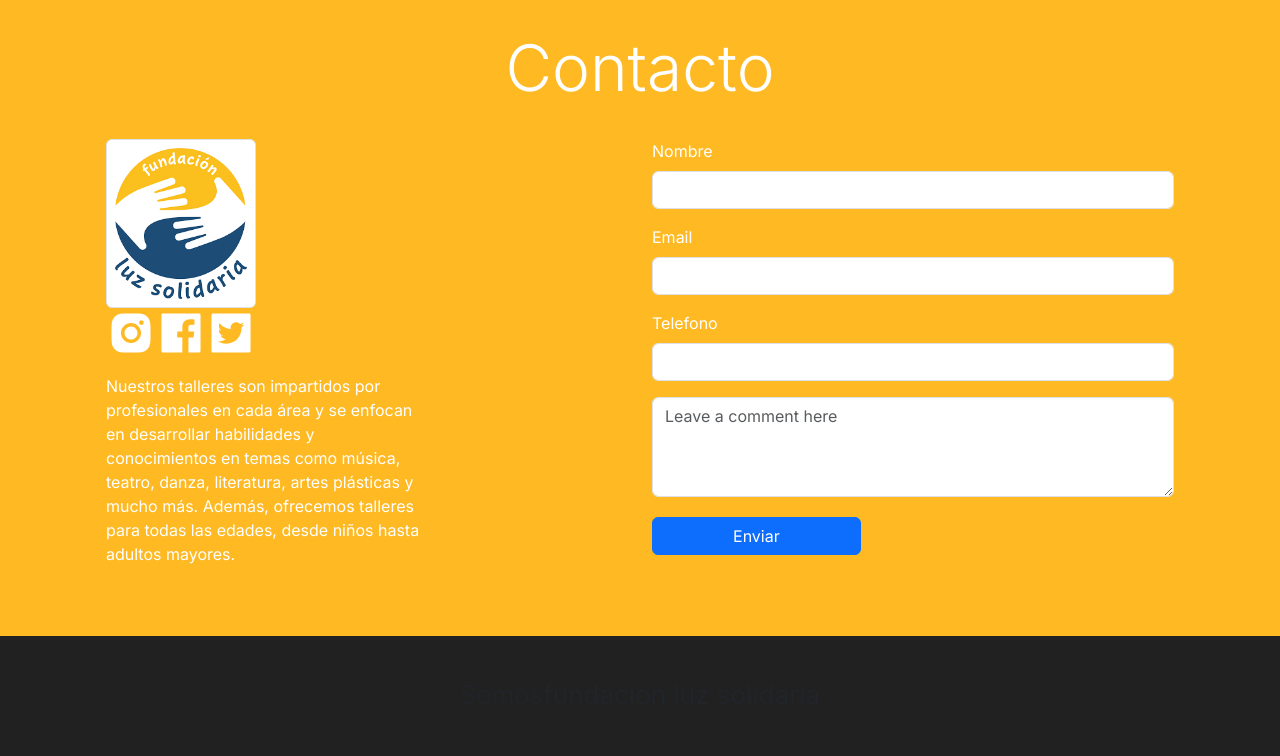
Repository: JtoralesK/dwf11
Page: /
An editor plug-in stored every save of this project. The page is shown before and after the next save, followed by the edit.
The browser window is 1280 px wide. The pictures show the whole page.
The project was rebuilt for these pictures with package versions that can differ from the ones it lists, and the page was loaded fresh each time. The framework's server and built-in components were replaced by stand-ins that run in the browser. Also part of the build but not shown: next.config.js.

Above is the page before, as saved 2023-05-31 18:28:35.

### src/app/page.tsx
import Image from "next/image";
import styles from "./page.module.css";
import { Contacto } from "./components/contacto";
import { Footer } from "./components/footer";
export default function Home() {
  return (
    <>
      <Contacto />
      <Footer/>
    </>
  );
}

### src/app/components/contacto/index.tsx
import "bootstrap/dist/css/bootstrap.min.css";
import { SectionInputs } from "./sectionInput";
import { FaBeer } from "react-icons/fa";
import {
  AiFillInstagram,
  AiFillFacebook,
  AiFillTwitterSquare,
} from "react-icons/ai";

export function Contacto() {
  return (
    <>
      <div
        style={{
          backgroundColor: "#ffb923",
          color: "white",
          padding: "30px",
        }}
      >
        <div className="container-sm text-center ">
          <h1 className="font-weight-bold display-3">Contacto</h1>
          <div className="row p-lg-4">
            <div className="col-sm-16 col-md-6 text-center ">
              <div className=" d-md-flex flex-column d-none">
                <img
                  src="data:[embedded picture, 9291 characters]
            BU5I/166HRl7DM0JHd93otkupwE9wh+8Q4HuTkd/vz/99LosEf7UOF1LGvesnj8LX1fZVn3s7jZfh5drVp8XZWG/h8zs0VCdp8KmQAAAABJRU5ErkJggg=="
                  className="img-thumbnail rounded float-start p-2"
                  style={{ width: "150px" }}
                  alt="..."
                ></img>
                <div
                  className="d-flex flex-row mb-3 justify-content-around "
                  style={{ width: "150px" }}
                >
                  <AiFillInstagram size={"50px"} />
                  <AiFillFacebook size={"50px"} />
                  <AiFillTwitterSquare size={"50px"} />
                </div>
                <div style={{ width: "60%" }}>
                  <p className="text-start">
                    Nuestros talleres son impartidos por profesionales en cada
                    área y se enfocan en desarrollar habilidades y conocimientos
                    en temas como música, teatro, danza, literatura, artes
                    plásticas y mucho más. Además, ofrecemos talleres para todas
                    las edades, desde niños hasta adultos mayores.
                  </p>
                </div>
              </div>
            </div>
            <div className="col-sm-16 col-md-6 text-center ">
              <SectionInputs />
            </div>
          </div>
        </div>
      </div>
    </>
  );
}

### src/app/components/footer/index.tsx
import React from 'react'
import "./style.css";
export const Footer = () => {
  return (
    <footer className="footer">
    <div className="contenedor-footer container">
        <div className="redes-sociales">
            <a href="https://www.facebook.com" className="link-redes_sociales" ><i className="fab fa-facebook facebook"></i></a>
            <a href="https://www.instagram.com" className="link-redes_sociales" ><i className="fab fa-instagram instagran"></i></a>
            <a href="https://www.linkedin.com" className="link-redes_sociales" ><i className="fab fa-linkedin linkedin"></i></a>
            <a href="https:/www.github.com" className="link-redes_sociales" ><i className="fab fa-github-square github"></i></a>
        </div>
        <div className="footer-text">
            <p className="title-copy">Somos<strong>fundación luz solidaria</strong></p>
        </div>
    </div>
  </footer>
  )
}

### src/app/components/contacto/sectionInput.tsx
import "bootstrap/dist/css/bootstrap.min.css";

export function SectionInputs() {
  const style = {
    margin: "20px 0",
    width: "40%",
    "@media (min-width: 768px)": {
      width: "40%",
    },
  } as React.CSSProperties;
  return (
    <>
      <form className="d-flex flex-column text-start" style={{ width: "100%" }}>
        <div className="mb-3">
          <label className="form-label">
            <p style={{ margin: "0" }}>Nombre</p>
          </label>
          <input
            type="text"
            className="form-control"
            id="exampleInputEmail1"
            aria-describedby="emailHelp"
          />
        </div>
        <div className="mb-3">
          <label className="form-label">
            <p style={{ margin: "0" }}>Email</p>
          </label>
          <input
            type="email"
            className="form-control"
            id="exampleInputPassword1"
          />
        </div>
        <div className="mb-3">
          <label className="form-label">
            <p style={{ margin: "0" }}>Telefono</p>
          </label>
          <input
            type="email"
            className="form-control"
            id="exampleInputPassword1"
          />
        </div>
        <textarea
          className="form-control"
          style={{ height: "100px" }}
          placeholder="Leave a comment here"
          id="floatingTextarea"
        ></textarea>
        <button
          style={style}
          type="submit"
          className="btn btn-primary w-md-auto"
        >
          Enviar
        </button>
      </form>
    </>
  );
}

### src/app/components/footer/style.css
.footer{
    min-height: 120px;
    line-height: 7px;
    text-align: center;
    font-size: 22px;

    padding-top: 45px;
    background-color: #212121;

}

.contenedor-footer {
    display: flex;
    flex-direction: column;
    justify-content:center;
    align-content: center;
    margin: 0 auto;

  }
  .footer-text{

    display: flex;
    justify-content: center;
    align-items: center;
    padding: 10px;
  }
  .title-copy {
    text-align: center;
    font-size: 26px;
    font-weight: 300;
  }
  .title-footer{
    text-decoration: none;
    color: rgb(252, 136, 136);
    margin-left: 5px;
  }

Loaded but not shown: src/app/layout.tsx (common file); src/app/globals.css (common file)

After the next save:
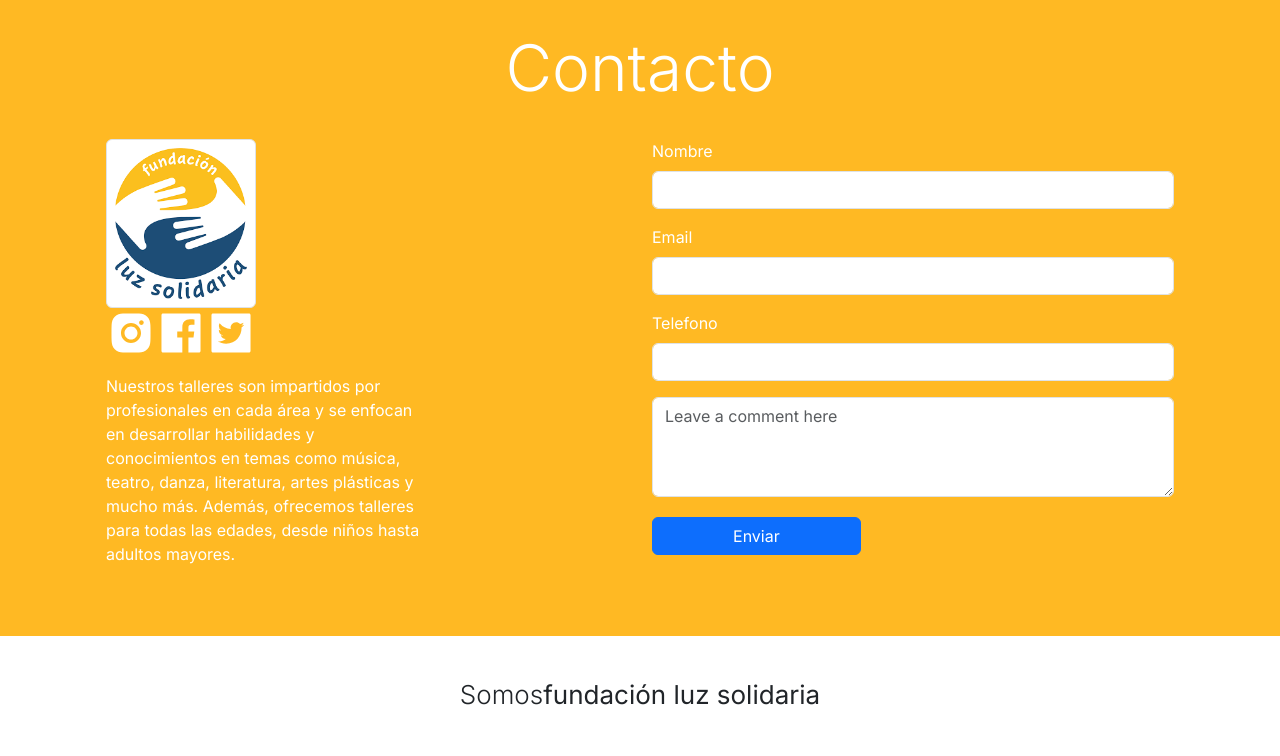
Saved 11 s later.
--- a/src/app/components/footer/style.css
+++ b/src/app/components/footer/style.css
@@ -5,7 +5,7 @@
     font-size: 22px;
 
     padding-top: 45px;
-    background-color: #212121;
+
 
 }
 
